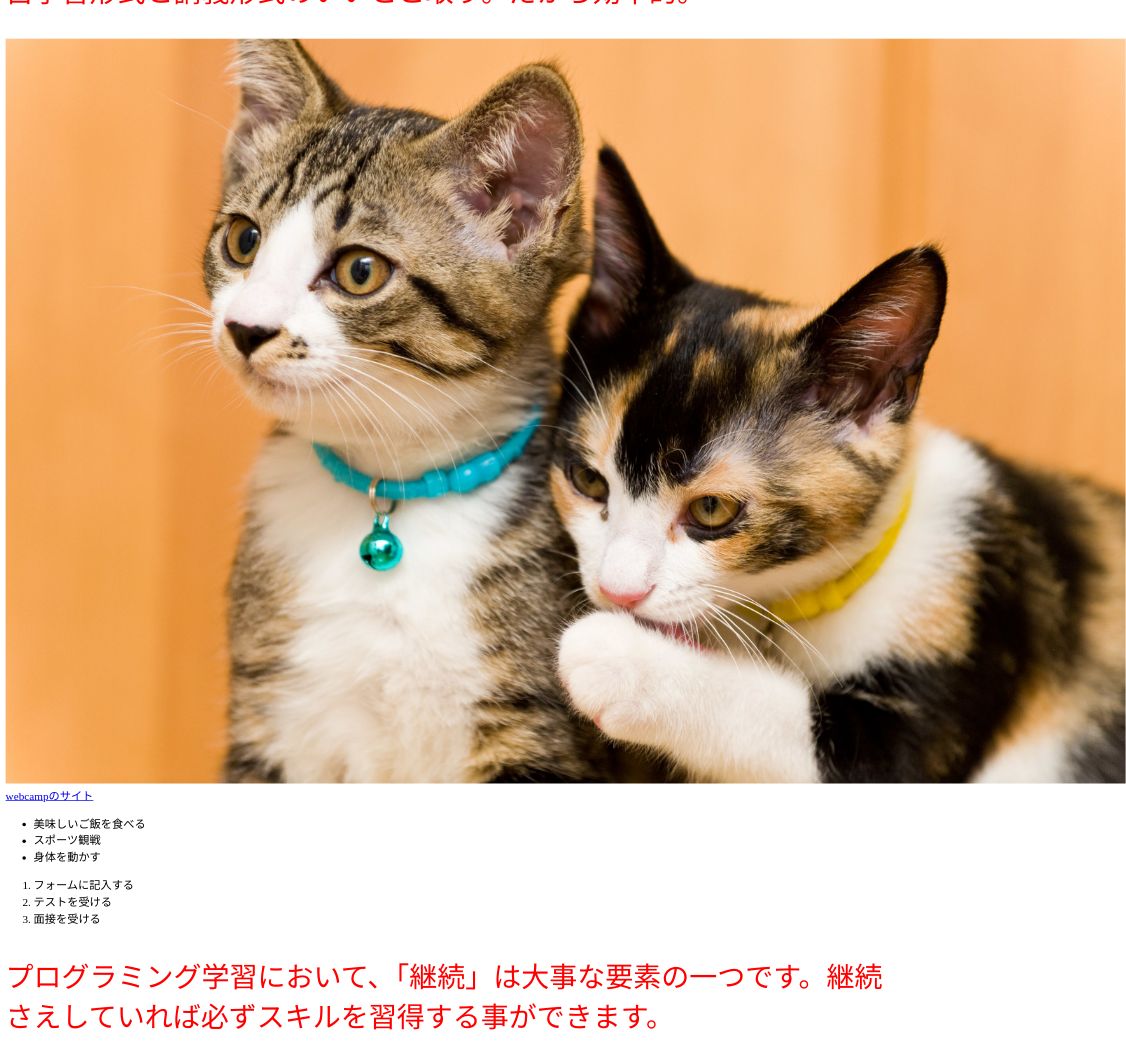
Repository: yamadan96/WEB-CAMP
Page: practice/index.html
The author's editor kept a copy of each file at every save. The page is drawn from the files as they stood at one save, then again after a run of saves.
The browser window is 1280 px wide. The page is 1608 px wide, so the pictures cover 1608 px, including what lies to the right of the window. The pictures show the part of the page from y = 545 to 2065 px (the page is 2065 px tall), at 70% of full size.

Above is the page before, as saved 2022-04-06 04:24:02.

After the next 2 saves:
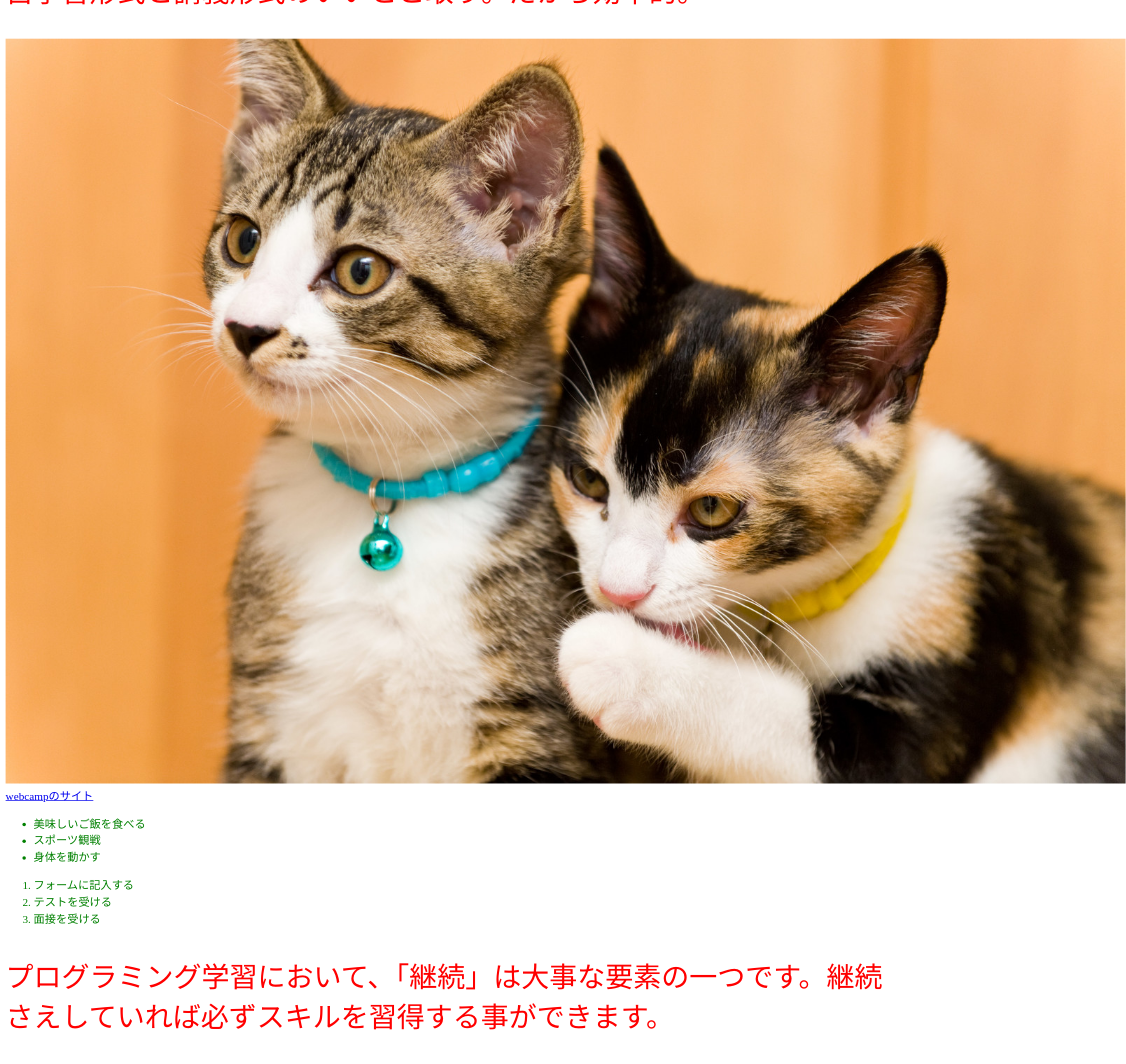
The 2 saves are shown as one change because they came seconds apart.
The last was saved 48 s later.
--- a/practice/css/style.css
+++ b/practice/css/style.css
@@ -2,3 +2,7 @@ p {
     font-size: 40px;
     color: red;
   }
+
+  li {
+    color: green;
+  }
